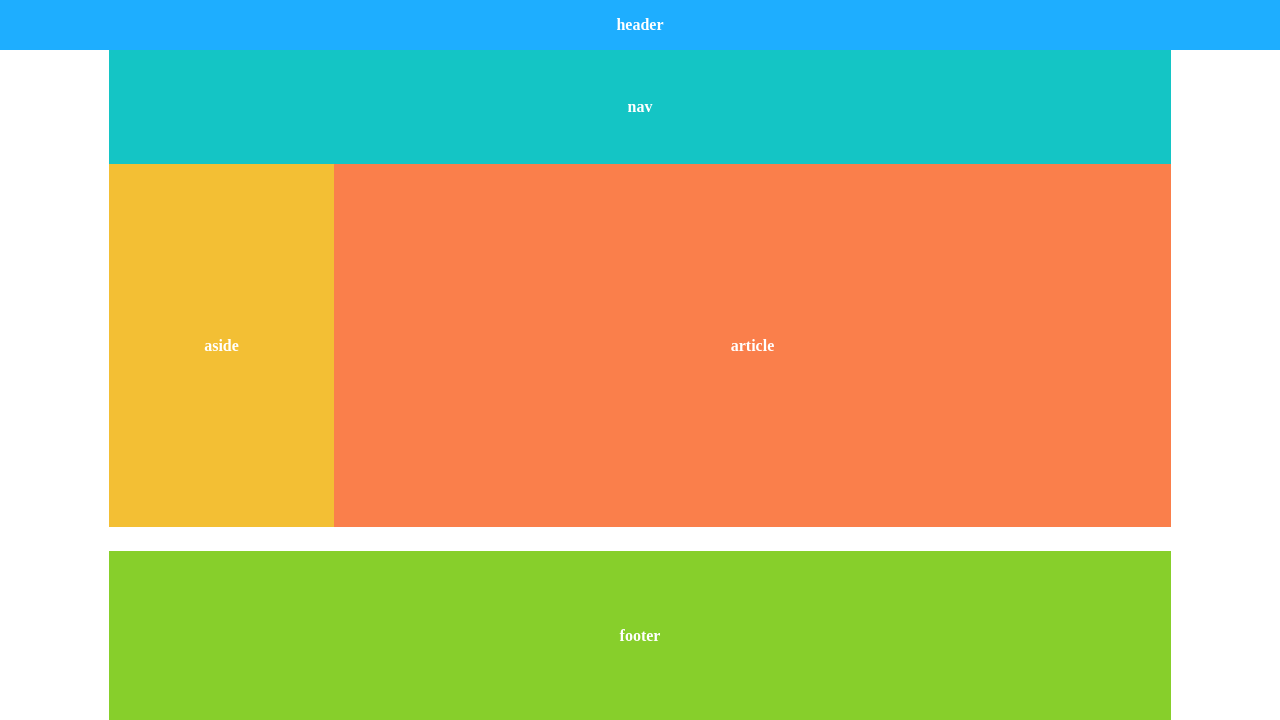
Repository: kirtonew/Compeititon2022-1
Page: node/新媒体设计/第三周/3.1/3.1.html
These files come from the project's save history. The page is drawn as it stood at one moment and after the next save; the edit follows.
The browser window is 1280 px wide. The pictures show the whole page.

Above is the page before, as saved 2022-09-26 17:44:35.

### node/新媒体设计/第三周/3.1/3.1.html
<!DOCTYPE html>
<html lang="en">
<head>
    <meta charset="UTF-8">
    <meta http-equiv="X-UA-Compatible" content="IE=edge">
    <meta name="viewport" content="width=device-width, initial-scale=1.0">
    <link rel="stylesheet" href="3.1.css">
    <title>Document</title>

</head>
<body>
    <header class = "header-title">header</header>
    <header class = "header-navigation">nav</header>
    <main class = 'main'>
        <nav>aside</nav>
        <section>article</section>
    </main>

    <footer class = "footer">footer</section>
</body>
</html>

### node/新媒体设计/第三周/3.1/3.1.css
* {
    color: #fff;
    font-weight: bold;
    margin: 0px;
    padding: 0px;
}

.header-title {
    background-color: #1eaeff;
    text-align: center;
    line-height: 50px;
}

.header-navigation {
    width: 1062px;
    margin: 0 auto;
    background-color: #14c5c5;
    line-height: 114px;
    text-align: center;
}

.main {
    width: 1062px;
    height: 363px;
    margin: 0 auto;
    margin-bottom: 24px;
    background-color: red;
}

.main>nav {
    float: left;
    width: 225px;
    line-height: 363px;
    text-align: center;
    background-color: #f3bf34;
}

.main>section {
    float: right;
    width: 837px;
    line-height: 363px;
    text-align: center;
    background-color: #fa7f4b;
}

.aside {
    position: fixed;
    top: 221px;
    right: 0px;
    width: 67px;
    line-height: 289px;
    text-align: center;
    background-color: #9497e8;
}

.footer {
    width: 1062px;
    margin: 0 auto;
    line-height: 169px;
    text-align: center;
    background-color: #87cf2b;
}

After the next save:
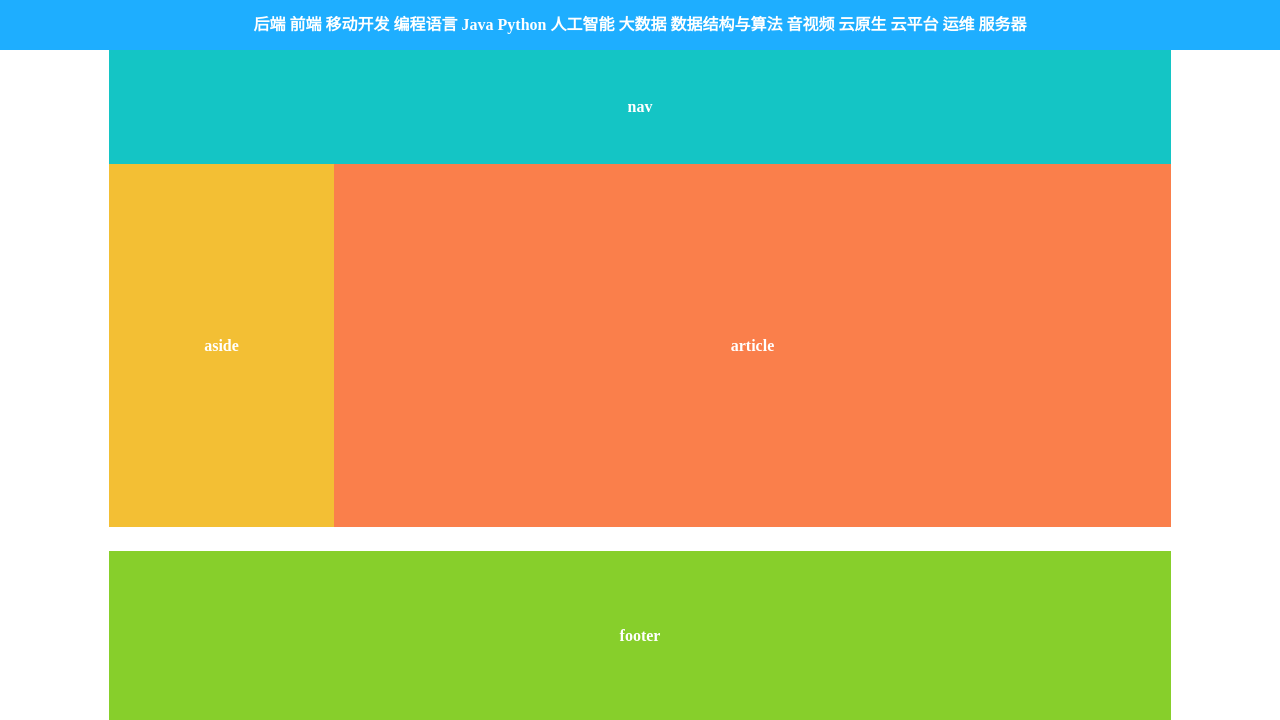
Saved 3 min 24 s later.
--- a/node/新媒体设计/第三周/3.1/3.1.html
+++ b/node/新媒体设计/第三周/3.1/3.1.html
@@ -9,7 +9,20 @@
 
 </head>
 <body>
-    <header class = "header-title">header</header>
+    <header class = "header-title">后端
+        前端
+        移动开发
+        编程语言
+        Java
+        Python
+        人工智能
+        大数据
+        数据结构与算法
+        音视频
+        云原生
+        云平台
+        运维
+        服务器</header>
     <header class = "header-navigation">nav</header>
     <main class = 'main'>
         <nav>aside</nav>
